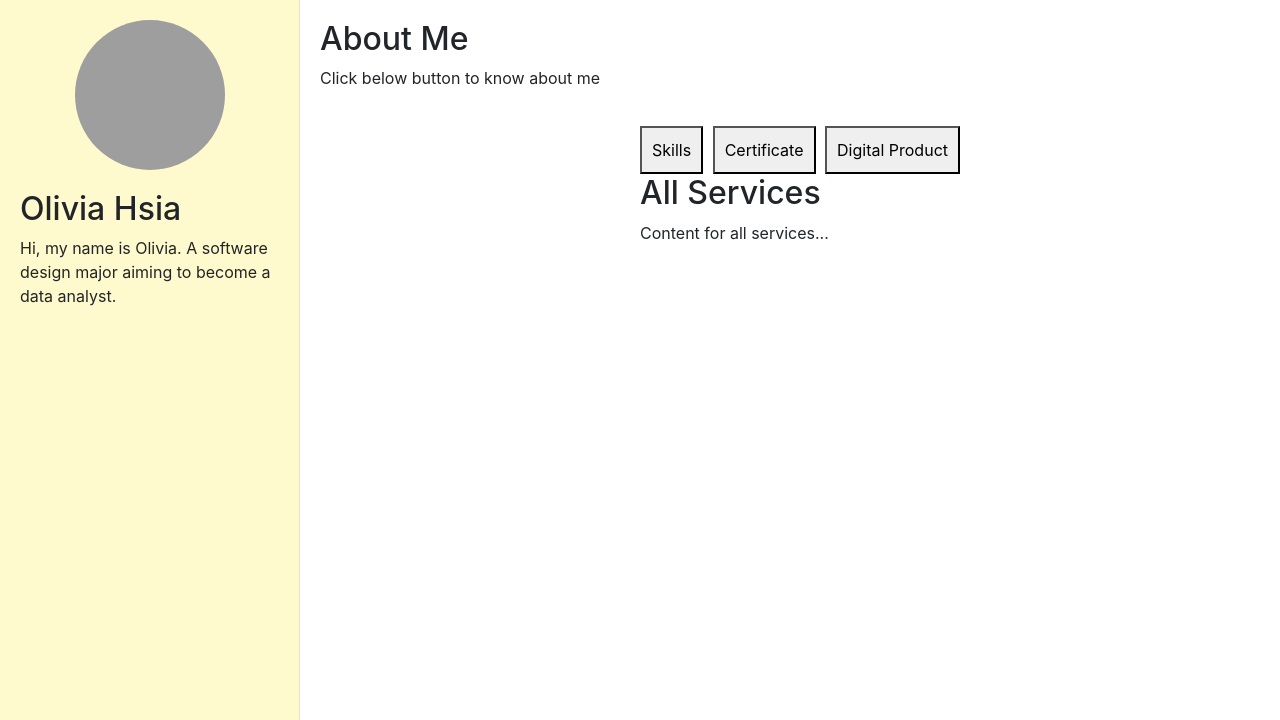
Repository: oliviahsia/FinalProject
Page: src/main/webapp/WEB-INF/main.html
The author's editor kept a copy of each file at every save. The page is drawn from the files as they stood at one save, then again after a run of saves.
The browser window is 1280 px wide. The pictures show the whole page.
Pictures or frames that could not be fetched are drawn as grey boxes. An inner scrolling area shows only its first screen. Some web libraries are served in a nearby version.

Above is the page before, as saved 2024-03-09 14:30:02.

After the next 3 saves:
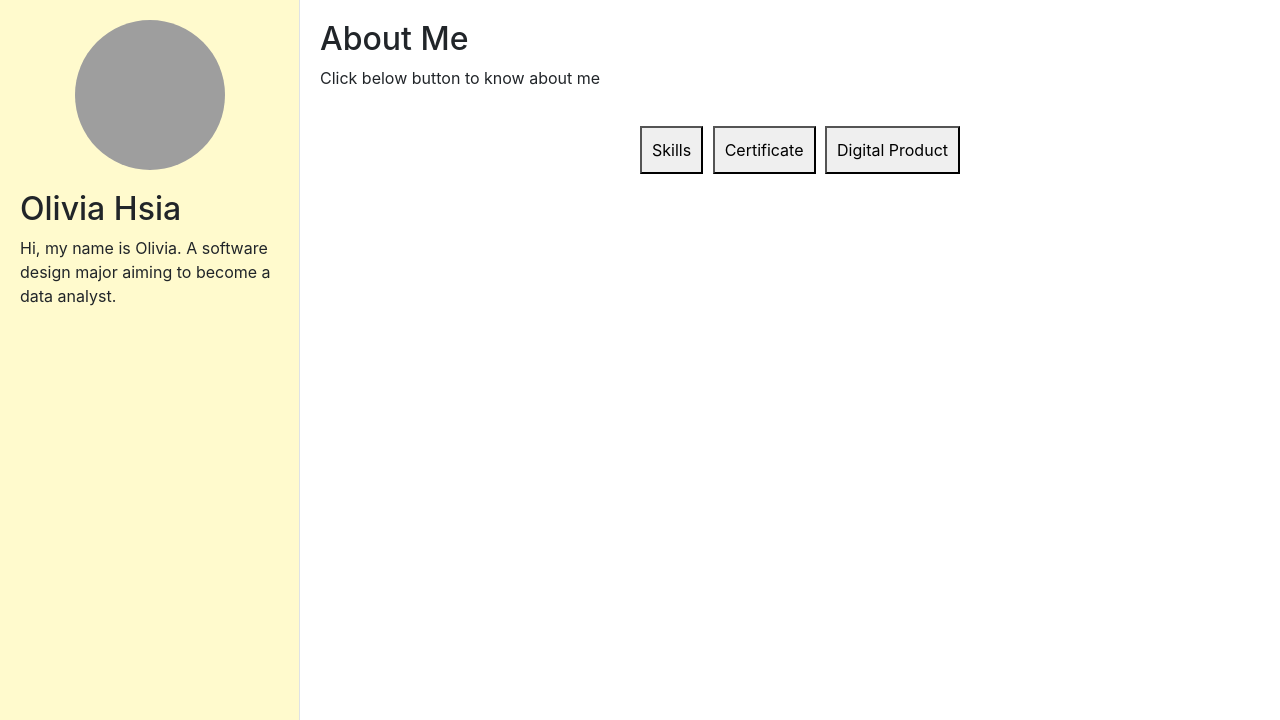
The 3 saves are shown as one change because they came seconds apart.
The last was saved 7 min 12 s later.
--- a/src/main/webapp/WEB-INF/main.html
+++ b/src/main/webapp/WEB-INF/main.html
@@ -35,7 +35,7 @@
       </div>
 
       <!-- Content sections -->
-      <div id="all" class="content-section">
+      <div id="Skills" class="content-section">
         <h2>All Services</h2>
         <p>Content for all services...</p>
       </div>
